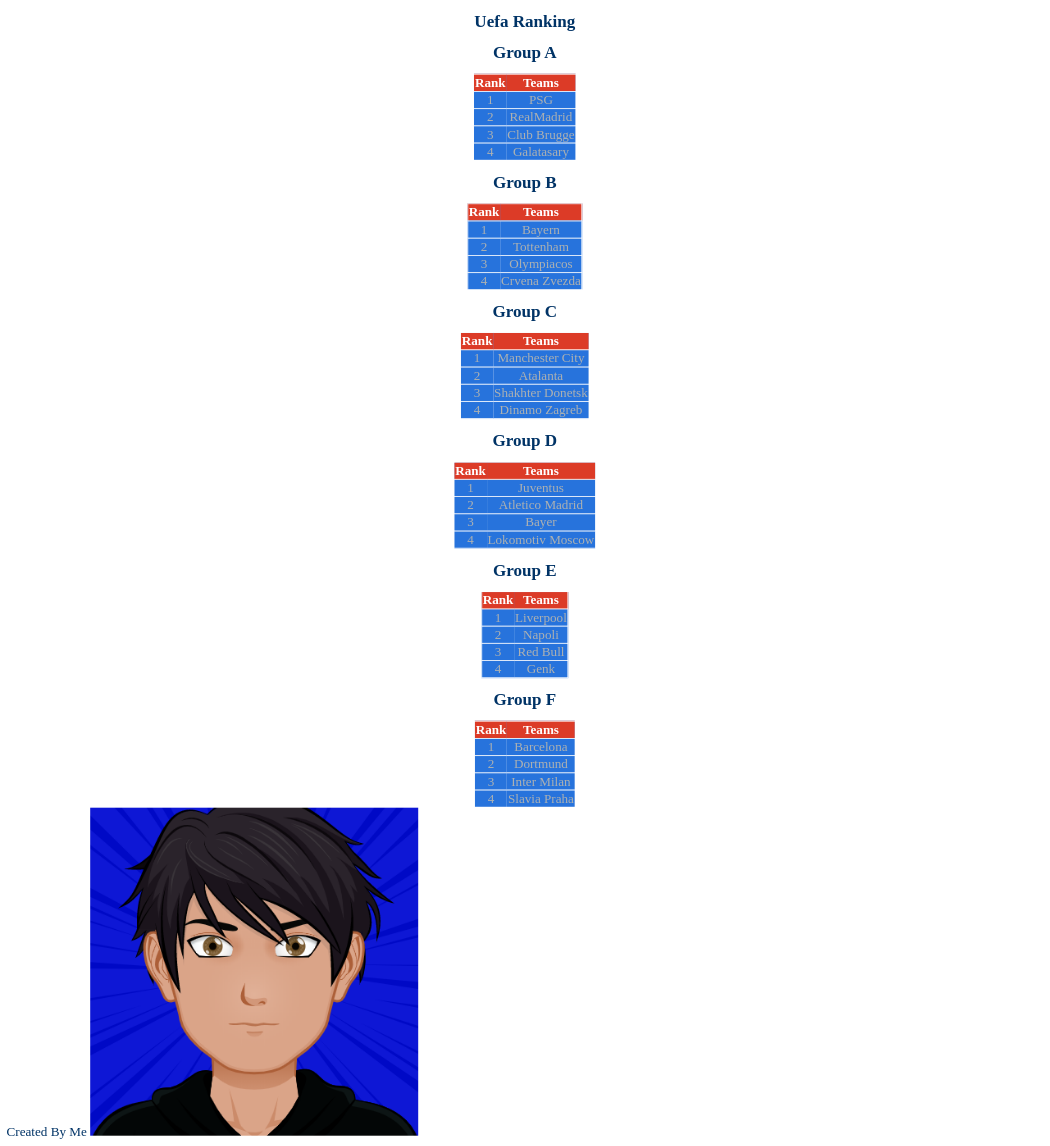
Repository: Danielrr07/Danielrr07.github.io
Page: My_Website/website.html
The author's editor kept a record of every edit. The page is drawn from the files as they stood at one moment, then again after the next edit.
The browser window is 1280 px wide. The pictures show the whole page, at 82% of full size.

Above is the page before.

After the next edit:
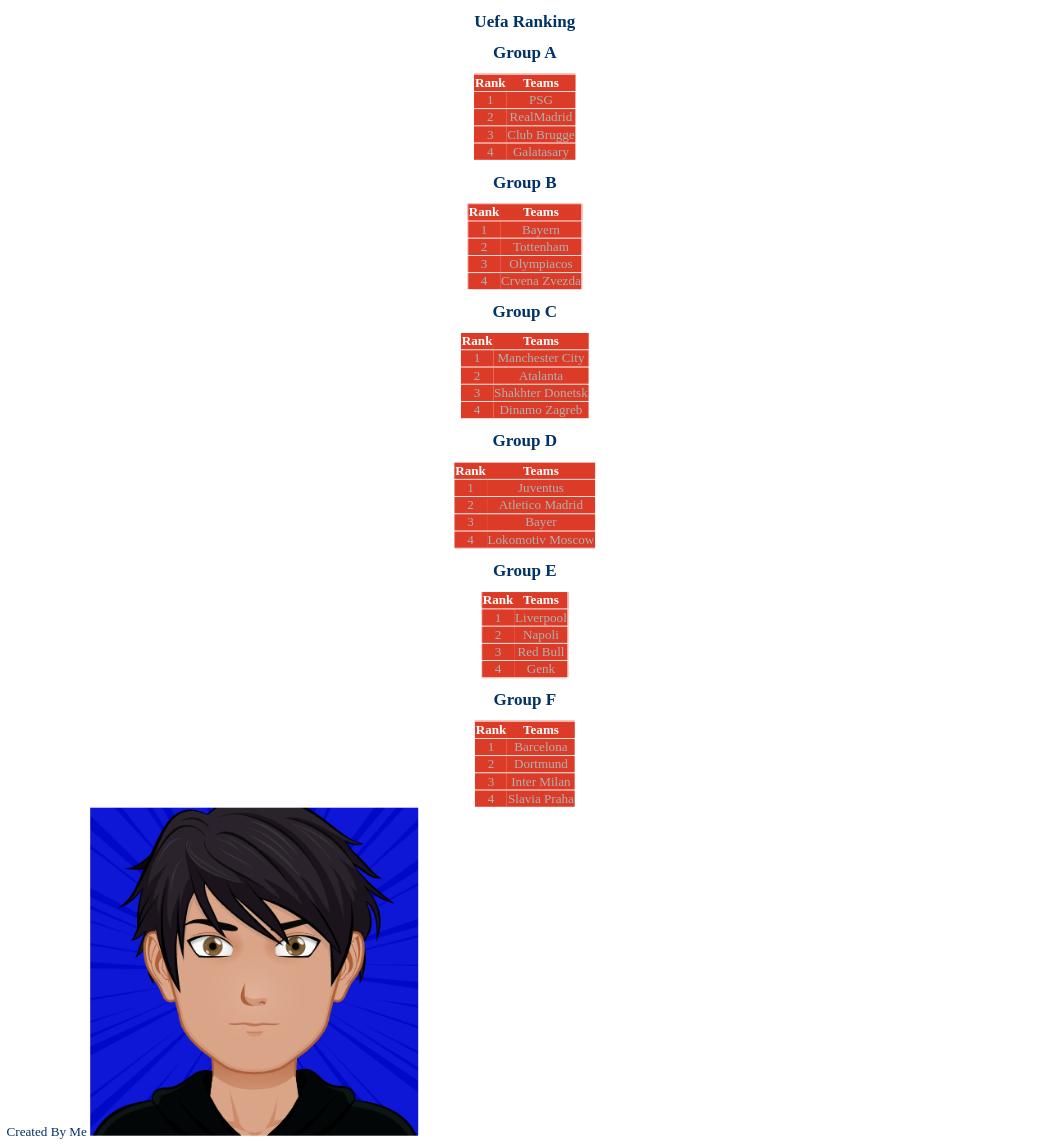
The edit:
--- a/My_Website/website1.css
+++ b/My_Website/website1.css
@@ -18,7 +18,7 @@
    tr   {
 	  border: 1px solid #ffffff;
 	  text-align: center;
-	  background-color:#2773DC;
+	  background-color:#DC3B27;
   }
 
   th   {
